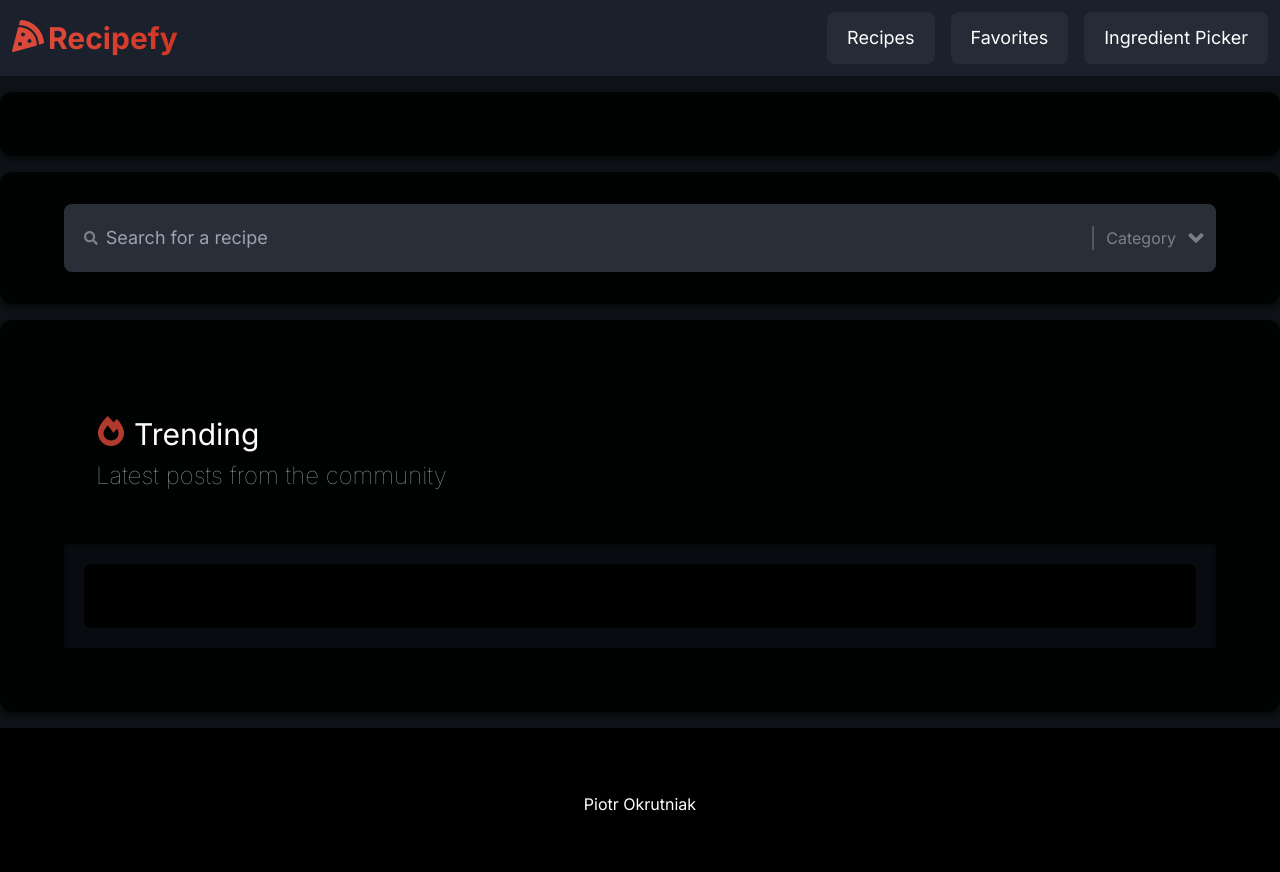
Repository: piotrokrutniak/recipefy
Page: /
The author's editor kept a copy of each file at every save. The page is drawn from the files as they stood at one save, then again after the next save.
The browser window is 1280 px wide. The pictures show the whole page.
The page's requests for data from a server got no answer. The project was rebuilt for these pictures with package versions that can differ from the ones it lists, and the page was loaded fresh each time. The framework's server and built-in components were replaced by stand-ins that run in the browser. No one was signed in, and anything a server would have sent is missing. Also part of the build but not shown: next.config.js, src/app/integration/jsonApi/getUser.tsx, src/app/components/posts/post.tsx.

Above is the page before, as saved 2023-10-07 00:06:28.

### src/app/layout.tsx
import './globals.css'
import type { Metadata } from 'next'
import { Inter } from 'next/font/google'
import NavBar from './components/navbar/navbar'
import Footbar from './components/footbar/footbar'

const inter = Inter({ subsets: ['latin'] })

export const metadata: Metadata = {
  title: 'Recipefy',
  description: 'Website with the tastiest recipes!',
}

export default function RootLayout({
  children,
}: {
  children: React.ReactNode
}) {
  return (
    <html lang="en">
      <body className={`${inter.className} bg-black overflow-x-hidden`}>
        <div className="bg-slate-600/20 min-h-screen pb-4">
        <NavBar/>
        {children}
        </div>
        <Footbar/>
      </body>
    </html>
  )
}

### src/app/page.tsx
import Image, { StaticImageData } from 'next/image'
import { FaMugHot, FaCookieBite, FaHamburger, FaFireAlt, FaBookmark, FaRegBookmark } from 'react-icons/fa'
import CookingSvg from './components/svgComponents/CookingSvg'
import Rating from './components/generic/rating'
import Button from './components/generic/button'

import breakfast from '../../public/media/breakfast.jpg'
import lunch from '../../public/media/lunch.jpg'
import dessert from '../../public/media/dessert.jpg'
import strawberryCake from '../../public/media/recipes/strawberryCake.jpg'
import greekMeatLoaf from '../../public/media/recipes/greekMeatLoaf.jpg'
import vanillaIceCream from '../../public/media/recipes/vanillaIceCream.jpg'
import { useState } from 'react'
import { RecipeListing } from './components/generic/recipeListing'
import { Input } from 'postcss'
import SearchBar from './components/generic/searchBar'
import PostList from './components/generic/postList'

export default function Home() {
  return (
    <main className="flex flex-col m-auto gap-4">
      <section id="header-section" className='max-w-7xl bg-black/90 m-auto w-full p-8 rounded-xl mt-4 shadow-md shadow-black/40'>
      </section>

      <section id="searchbar-section" className='max-w-7xl bg-black/90 px-7 m-auto w-full p-8 lg:px-16 rounded-xl shadow-md shadow-black/40 flex-col'>
        <SearchBar/>
      </section>

      <section id="top-picks-section" className='max-w-7xl bg-black/90 m-auto w-full md:p-8 rounded-xl shadow-md shadow-black/40 flex-col'>
        <div className="lg:p-8 pb-14 flex flex-col gap-5">
          <div className="p-8">
            <h1 className="text-3xl text-white flex gap-2 pb-2" > <FaFireAlt className="opacity-80 fill-vermilion-400"/> Trending</h1>
            <p className="text-2xl font-thin text-white/60 flex gap-2" > Latest posts from the community</p>
          </div>
          <div className="w-full h-fit p-5 bg-slate-800/25 flex flex-col gap-4 shadow-inner shadow-black/50">
            <PostList/>
          </div>
        </div>
      </section>
    </main>
  )
}

### src/app/globals.css
@tailwind base;
@tailwind components;
@tailwind utilities;

:root {}

@media (prefers-color-scheme: dark) {
  :root {}
}

body {}

### src/app/components/navbar/navbar.tsx
"use client"

import { FaPizzaSlice, FaBars } from "react-icons/fa"
import { BsX } from "react-icons/bs"
import Button from "../generic/button"
import { useState } from "react"
import Link from "next/link"


export default function NavBar(){
    const [showMobile, setShowMobile] = useState(false)

    return(
        <div className="bg-black/80 sticky top-0 z-20 backdrop-blur-xl">
            <div className="w-full flex bg-slate-700/50 ">
                <div className="p-3 m-auto w-full flex max-w-7xl justify-between items-center">
                    <Link href="/">
                    <div className="flex gap-1 h-fit select-none cursor-pointer active:opacity-80 hover:border-b-2 hover:pb-1 active:pb-0
                            border-opacity-0 border-vermilion-400 hover:border-opacity-100 border-b-0 transition-all">
                        <FaPizzaSlice className="h-full w-8 fill-vermilion-400"/>
                        <h1 className="text-3xl font-bold text-transparent bg-clip-text bg-gradient-to-r from-vermilion-400 to-vermilion-500">Recipefy</h1>
                    </div>
                    </Link>
                    <div className="hidden text-lg gap-4 md:flex">
                        <Button className="text-white bg-slate-200/5 active:bg-slate-100/5 hover:bg-slate-200/10" onClick={undefined}>
                            Recipes
                        </Button>
                        <Button className="text-white bg-slate-200/5 active:bg-slate-100/5 hover:bg-slate-200/10" onClick={undefined}>
                            Favorites
                        </Button>
                        <Button className="text-white bg-slate-200/5 active:bg-slate-100/5 hover:bg-slate-200/10" onClick={undefined}>
                            Ingredient Picker
                        </Button>
                    </div>
                    <div className="md:hidden">
                        <FaBars className="h-10 w-10 fill-white cursor-pointer hover:fill-vermilion-400 active:opacity-80" onClick={() => setShowMobile(true)}/>
                    </div>
                    <div className={`${showMobile ? "" : "translate-x-full"} absolute w-screen h-screen bg-black left-0 top-0 md:hidden transition-all z-50 ease-in-out`}>
                    <div id="mobile-header" className="flex flex-row-reverse w-full">
                        <BsX className="fill-white w-16 h-16 cursor-pointer hover:fill-vermilion-400" onClick={() => setShowMobile(false)}/>
                    </div>
                    <div id="mobile-body">XDDDDDDDDDDDDDDDDD</div>
                    </div>
                </div>
            </div>
        </div>
    )
}

### src/app/components/footbar/footbar.tsx
export default function Footbar(){
    return(
        <div className="w-full h-20 bg-black mt-16 text-center text-white">
            Piotr Okrutniak
        </div>
    )
}

### src/app/components/generic/searchBar.tsx
"use client"
import { Dispatch, SetStateAction, useState } from "react"
import { BsX } from "react-icons/bs"
import { FaSearch, FaAngleDown } from "react-icons/fa"

export default function SearchBar(){
    const [dropdownOpened, setDropdownOpened] = useState(false)
    const [chosenOption, setChosenOption] = useState("")

    function ToggleDropdownOpened(){
        setDropdownOpened(x => !x)
    }

    return(
        <div className="bg-slate-500/40 rounded-lg flex pl-5 gap-2 items-center focus-within:bg-slate-500/50 transition-colors ease-in">
            <FaSearch className="fill-slate-50/40"/>
            <input type="text" placeholder="Search for a recipe" className="bg-transparent p-5 pl-0 text-white w-full outline-none text-lg border-none"/>

            <div className="flex text-slate-50 cursor-pointer border-l-2 pl-3 border-white/20 relative">
                <div className="flex opacity-40 hover:opacity-60 active:opacity-40 transition-opacity" onClick={() => ToggleDropdownOpened()}>

                {chosenOption || "Category"}
                <FaAngleDown className={`${dropdownOpened ? "rotate-180" : ""} fill-slate-50 w-10 h-6 transition-all`}/>
                </div>

                <div className={`${dropdownOpened ? "block" : "hidden"} absolute top-14 right-0 h-44 w-56 bg-black rounded-lg overflow-hidden`}>
                    <div className="w-full h-full bg-slate-500/50 overflow-y-auto pt-0">
                        <DropdownOption toggleDropdownOpened={ToggleDropdownOpened} setChosenOption={setChosenOption} chosenOption={chosenOption} text="Breakfast"/>
                        <DropdownOption toggleDropdownOpened={ToggleDropdownOpened} setChosenOption={setChosenOption} chosenOption={chosenOption} text="Lunch"/>
                        <DropdownOption toggleDropdownOpened={ToggleDropdownOpened} setChosenOption={setChosenOption} chosenOption={chosenOption} text="Dessert"/>
                        <DropdownOption toggleDropdownOpened={ToggleDropdownOpened} setChosenOption={setChosenOption} chosenOption={chosenOption} text="Dinner"/>
                        <DropdownOption toggleDropdownOpened={ToggleDropdownOpened} setChosenOption={setChosenOption} chosenOption={chosenOption} text="Appetizer"/>
                        <DropdownOption toggleDropdownOpened={ToggleDropdownOpened} setChosenOption={setChosenOption} chosenOption={chosenOption} text="Pastries"/>
                    </div>
                </div>
            </div>
        </div>
    )
}

function DropdownOption({setChosenOption, toggleDropdownOpened, text, chosenOption} :
    {setChosenOption: Dispatch<SetStateAction<string>>, toggleDropdownOpened: () => void, text: string, chosenOption: string}){
    const [isChecked, setIsChecked] = useState(false)

    function UnCheck(): void{
        setChosenOption("")
        setIsChecked(false)
    }

    function Check(): void{
        setChosenOption(text)
        toggleDropdownOpened()
        setIsChecked(true)
    }

    return(
        <div className={`${chosenOption == text ? "bg-black/30 font-bold" : ""} hover:bg-slate-100/10 px-3 py-2 flex justify-between`}>
                <div className="w-full" onClick={() => Check()}>
                    {text}
                </div>
                <div className="flex">
                    {chosenOption == text ? <UncheckButton onClick={UnCheck}/> : <></>}
                </div>
        </div>
    )
}

function UncheckButton({onClick} : {onClick: () => void}){
    return(
    <BsX className="w-6 h-6 hover:fill-red-500 hover:scale-110 active:scale-100" onClick={() => onClick()}/>
    )
}

### src/app/components/generic/postList.tsx
"use client"

import GetPosts from "@/app/integration/jsonApi/getPosts"
import { Post } from "@/app/types"
import { Dispatch, SetStateAction, useEffect, useState } from "react"
import greekMeatLoaf from '../../../../public/media/breakfast.jpg'
import { PostItem } from "../posts/post"
import { count } from "console"

export default function PostList(){
    const [posts, setPosts] = useState<Post[]>([])
    const [page, setPage] = useState<number>(1)
    const [pages, setPages] = useState<number[]>([])
    const [count, setCount] = useState<number>(0)
    useEffect(() => {
        GetPosts(page)
            .then(x => {setPosts([...x.body]); setCount(Number.parseInt(x.count))})
            .then(() => setPages([...GeneratePages(page, count)]))

    }, [page])

    return(
        <div className="text-white flex flex-col gap-5">
            {posts.map(x =>
                <PostItem
                    post={x}/>
            )}
            <div className="flex justify-center w-full bg-black p-8 rounded-md gap-2">
                <PaginationPanel page={page} setPage={setPage} pages={pages}/>
            </div>
        </div>
    )
}

function PaginationPanel({page, setPage, pages} : {
        page: number;
        setPage: Dispatch<SetStateAction<number>>;
        pages: number[]
    }){

    return(
        pages.map(x =>
            <PageButton index={x} active={page == x} setPage={setPage}/>
        )
    )
}

function PageButton({index, active, setPage} : {
    index: number;
    active: boolean;
    setPage: Dispatch<SetStateAction<number>>;
    }){

    return(
        <div className={`${active ? "bg-sky-600" : "bg-slate-300/40"} p-4 h-10 w-10 aspect-square
            flex justify-center items-center rounded-md cursor-pointer select-none
            opacity-80 hover:opacity-100 active:opacity-60`}
            onClick={() => setPage(index)}>
            {index}
        </div>
    )
}

function GeneratePages(page: number, count: number){
    let start = 1
    let end = 6
    let pages: number[] = []



    if(page>3){
        start = page - 2
    }

    for(let i = start; i < start + 5; i++){
        if(i > count/10){
            pages.unshift(i - start + 2)
        }
        else{
            pages.push(i)
        }
    }

    return pages
}

### src/app/components/generic/button.tsx
import { MouseEventHandler } from "react";

export default function Button({ children, className, onClick, disabled } : { children: React.ReactNode, className: string, onClick: undefined | MouseEventHandler<HTMLButtonElement>, disabled?: boolean }){
    return(
        <button className={`${className} px-5 py-3 rounded-lg bg-blue-500 bg-opacity-90 active:bg-opacity-80 hover:bg-opacity-100 cursor-pointer transition-all flex items-center gap-2 place-items-center`}
            onClick={onClick}
            disabled={disabled}>
            {children}
        </button>
    )
}

### src/app/integration/jsonApi/getPosts.tsx

export default async function GetPosts(page: number = 1){
    let response = await fetch(`https://jsonplaceholder.typicode.com/posts?_page=${page}`,
                        {
                            method: 'GET',
                            mode: 'cors',
                            headers:{
                                'Content-Type': 'application/json'
                            },
                        }
    )

    let body = await response.json()
    let headers = response.headers

    return {body: body, count: headers.get("x-total-count") ?? "0"}
}

### tailwind.config.js
/** @type {import('tailwindcss').Config} */

const { capitalizeFirst } = require('./src/app/tailwind/capitalizeFirst');

module.exports = {
  content: [
    './src/pages/**/*.{js,ts,jsx,tsx,mdx}',
    './src/components/**/*.{js,ts,jsx,tsx,mdx}',
    './src/app/**/*.{js,ts,jsx,tsx,mdx}',
  ],
  theme: {
    extend: {
      backgroundImage: {
        'gradient-radial': 'radial-gradient(var(--tw-gradient-stops))',
        'gradient-conic':
          'conic-gradient(from 180deg at 50% 50%, var(--tw-gradient-stops))',
      },
      height:{
        '112': '28rem',
        '128': '32rem',
      },
      width:{
        '112': '28rem',
        '128': '32rem',
      },
      colors:{
        "emerald":{
          "50": "#b0fde8",
          "100": "#60FBD2",
          "200": "#24F9C1",
          "400": "#06EFB1",
          "500": "#06d6a0",
        },
        "paygray":{
          "50": "#CED9DE",
          "100": "#aabcc5",
          "200": "#7996A4",
          "400": "#638292",
          "500": "#5A7684",
        },
        "vermilion":{
          "50": "#f0afa8",
          "100": "#ea8f85",
          "200": "#E06052",
          "400": "#dc493a",
          "500": "#d03625",
        },

      },
      minWidth:{
        'mobile': '360px',
        '54': '258px',
      },
      screens:{
        'xs': '580px',
        '850': '850px',
      },
    },
  },
  plugins: [capitalizeFirst],
}

After the next save:
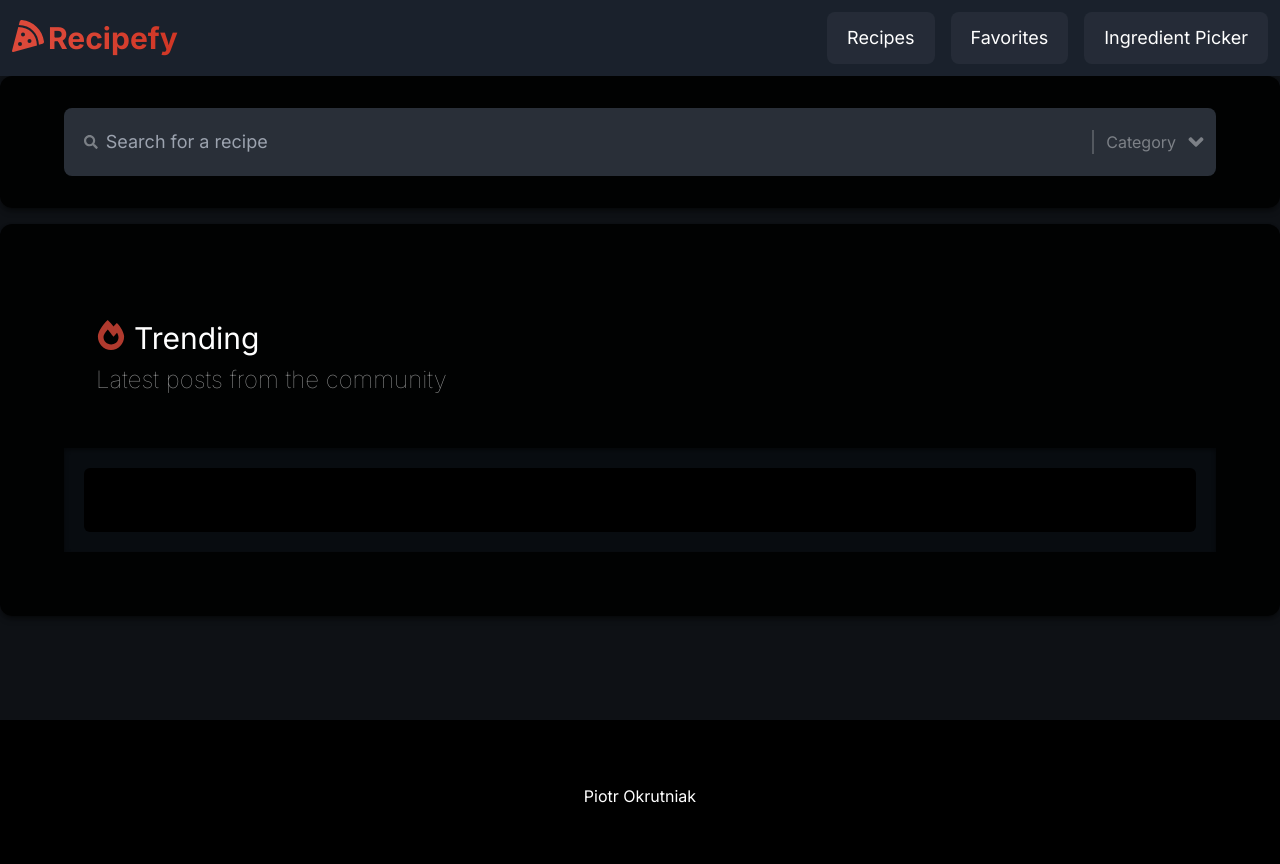
Saved 9 s later.
--- a/src/app/page.tsx
+++ b/src/app/page.tsx
@@ -19,8 +19,8 @@ import PostList from './components/generic/postList'
 export default function Home() {
   return (
     <main className="flex flex-col m-auto gap-4">
-      <section id="header-section" className='max-w-7xl bg-black/90 m-auto w-full p-8 rounded-xl mt-4 shadow-md shadow-black/40'>
-      </section>
+      {/* <section id="header-section" className='max-w-7xl bg-black/90 m-auto w-full p-8 rounded-xl mt-4 shadow-md shadow-black/40'>
+      </section> */}
 
       <section id="searchbar-section" className='max-w-7xl bg-black/90 px-7 m-auto w-full p-8 lg:px-16 rounded-xl shadow-md shadow-black/40 flex-col'>
         <SearchBar/>
